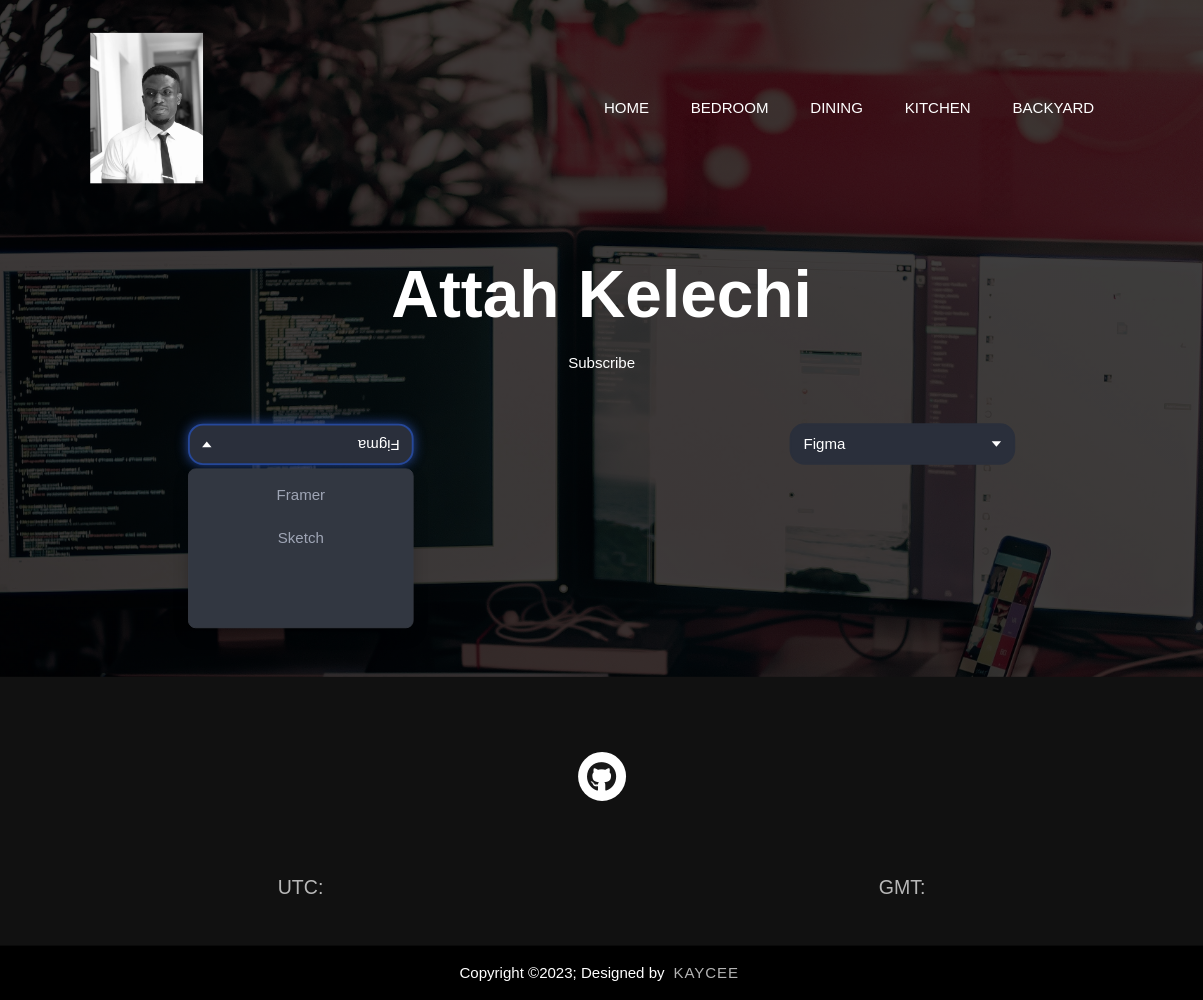
Repository: Kaycee-attah/HNG-Internship_2023
Page: index.html
An editor plug-in stored every save of this project. The page is shown before and after the next save, followed by the edit.
The browser window is 1280 px wide. The pictures show the whole page, at 94% of full size.
After loading, the first visible `div.select` was clicked once.

Above is the page before, as saved 2023-09-07 10:41:36.

### index.html
<!DOCTYPE html>
<html lang="en">
<head>
    <meta charset="UTF-8">
    <meta name="viewport" content="width=device-width, initial-scale=1.0">
    <title>How to make a website - Easy tutorial</title>
    <link rel="stylesheet" href="style.css">
    <link rel="stylesheet" href="https://cdnjs.cloudflare.com/ajax/libs/font-awesome/6.4.2/css/all.min.css" integrity="sha512-z3gLpd7yknf1YoNbCzqRKc4qyor8gaKU1qmn+CShxbuBusANI9QpRohGBreCFkKxLhei6S9CQXFEbbKuqLg0DA==" crossorigin="anonymous" referrerpolicy="no-referrer" />
</head>
<body>
    <div class="banner">
        <div class="navbar">
            <img class="logo" src="slack_DP.JPG" alt="Kaycee" data-testid="slackDisplayImage">
            <ul>
                <li><a href="#">Home</a></li>
                <li><a href="#">Bedroom</a></li>
                <li><a href="#">Dining</a></li>
                <li><a href="#">Kitchen</a></li>
                <li><a href="#">Backyard</a></li>
            </ul>
        </div>
    </div>
    <div class="content">
        <h1 data-testid="slackUserName">Attah Kelechi</h1>
        <p>Subscribe</p>
        <div class="track_info">
            <div class="dropdown">
                <div class="select">
                    <span class="selected">Figma</span>
                    <div class="caret"></div>
                </div>
                <ul class="menu">
                    <li>Framer </li>
                    <li>Sketch </li>
                </ul>

                <!-- <button type="button"><span class="btn"></span> MORE</button>
                <button type="button"><span class="btn"></span>SUBSCRIBE</button> -->
            </div>
            <div class="dropdown">
                <div class="select">
                    <span class="selected">Figma</span>
                    <div class="caret"></div>
                </div>
                <ul class="menu">
                    <li>Framer </li>
                    <li>Sketch </li>
                </ul>

                <!-- <button type="button"><span class="btn"></span> MORE</button>
                <button type="button"><span class="btn"></span>SUBSCRIBE</button> -->
            </div>
        </div>


    </div>
    <footer>
        <div class="footer_Container">
            <div class="social-icon">
                <a href=""><i class="fa-brands fa-github"></i></a>
            </div>

        </div>
        <div class="footer_Info">
            <ul>
                <li>UTC: </li>
                <li>GMT: </li>
            </ul>
        </div>
        <div class="footer_Bottom">
            <p>Copyright &copy;2023; Designed by <span class="designer">Kaycee</span></p>
        </div>
    </footer>

    <script src="script.js"></script>
</body>

</html>

### style.css
*{
    margin: 0;
    padding: 0;
    font-family: sans-serif;

}
body{
    background-image: linear-gradient(rgba(0,0,0,0.75), rgba(0,0,0,0.75)), url(IMG_6759.JPG);
    background-size: cover;
    background-position: center;
}

.banner{
    width: 100%;
    height: 100vh;


}
.navbar{
    width: 85%;
    margin: auto;
    padding: 35px 0;
    display: flex;
    align-items: center;
    justify-content: space-between;
}
.logo{
    width: 120px;
    cursor: pointer;
}
.navbar ul li{
    list-style: none;
    display: inline-block;
    margin: 0 20px;
    position: relative;
}
.navbar ul li a{
    text-decoration: none;
    color: #fff;
    text-transform: uppercase;
}
.navbar ul li::after{
    content: "";
    height: 3px;
    width: 0;
    background: #009688;
    position: absolute;
    left: 0;
    bottom: -10px;
    transition: 0.5s;
}
.navbar ul li:hover::after{
    width: 100%;
}
.content{
    width: 100%;
    position: absolute;
    top: 50%;
    transform: translateY(-50%);
    text-align: center;
    color: #fff;
}
.content h1{
    font-size: 70px;
    margin-top: 80px;
}
.content p{
    margin: 20px auto;
    font-weight: 100;
    line-height: 25px;
}
.track_info {
    display: flex;
    justify-content: space-around;
    align-items: center;
}
.dropdown{
    min-width: 15em;
    position: relative;
    margin: 2em;
    /* display: flex;
    justify-content: space-between;
    align-items: center; */

}
.dropdown *{
    box-sizing: border-box;
}

.select{
    background: #2a2f3b;
    color: #fff;
    display: flex;
    justify-content: space-between;
    align-items: center;
    border: 2px #2a2f3b solid;
    border-radius: 1em;
    cursor: pointer;
    transition: background 0.3s;
    padding: 0.7em 0.8em;
}
.select-clicked{
    border: 2px #26489a solid;
    box-shadow: 0 0 0.8em #26489a;
}

.select:hover{
    background: #323741;
}

.caret{
    width: 0;
    height: 0;
    border-left: 5px solid transparent;
    border-right: 5px solid transparent;
    border-top: 6px solid #fff;
    transition: 0.3s;
}

.caret-rotate{
    transform: rotate(180deg);
}

.menu{
    list-style: none;
    padding: 0.2em 0.5em;
    background: #323741;
    border: 1px #363a43 solid;
    box-shadow: 0 0.5em 1em rgba(0, 0, 0, 0.2);
    border-radius: 0.5em;
    color: #9fa5b5;
    position: absolute;
    width: 100%;
    top: 3em;
    min-height: 170px;
    left: 50%;
    transform: translateX(-50%);
    opacity: 0;
    display: none;
    transition: 0.2s;
    z-index: 1;
}

.menu li{
    padding: 0.7em 0.5em;
    margin: 0.3em 0;
    border-radius: 0.5em;
}

.menu li:hover{
    background: #2a2d35;
}

.menu-open{
    display: block;
    opacity: 1;
}


button{
    width: 200px;
    padding: 15px 0;
    text-align: center;
    margin: 20px 10px;
    border-radius: 25px;
    font-weight: bold;
    border: 2px solid #009688;
    background: transparent;
    color: #fff;
    cursor: pointer;
    position: relative;
    overflow: hidden;
}
.btn{
    background: #009688;
    height: 100%;
    width: 0;
    border-radius: 25px;
    position: absolute;
    left: 0;
    bottom: 0;
    z-index: -1;
    transition: 0.5s;
}
button:hover span{
    width: 100%;
}
footer{
    background-color: #111;
    width: 100%;
}
.footer_Container{
    /* width: 100%; */
    padding: 70px 30px 20px;
}
.social-icon{
    display: flex;
    justify-content: center;
}
.social-icon a{
    text-decoration: none;
    padding: 10px;
    background-color: white;
    margin: 10px;
    border-radius: 50%;
}
.social-icon a i{
    font-size: 2em;
    color: black;
    opacity: 0.9;
}


.social-icon a:hover{
    background-color: #111;
    transition: 0.5s;
}
.social-icon a:hover i{
    background-color: white;
    transition: 0.5s;
}
.footer_Info{
    margin: 30px 0;
}
.footer_Info ul{
    display: flex;
    justify-content: space-around;
}
.footer_Info ul li{
    color: white;
    margin: 20px;
    text-decoration: none;
    list-style: none;
    font-size: 1.3em;
    opacity: 0.7;
    transition: 0.5s;
}

.footer_Bottom {
    background-color: #000;
    padding: 20px;
    text-align: center;
}
.footer_Bottom p{
    color: white;

}
.designer{
    opacity: 0.7;
    text-transform: uppercase;
    letter-spacing: 1px;
    font-weight: 400;
    margin: 0px 5px;
    /* position: fixed; */
}

@media (max-width: 700px){
    .footer_Info ul{
        flex-direction: column;
    }
    .footer_Info ul li{
        width: 100%;
        text-align: center;
        margin: 10px 0;
    }
}

### script.js
const now = new Date();
const day = now.getDay();
const hours = now.getHours();
const minutes = now.getMinutes();
const UTCtimeStamp = now.getTime();
const GMTdate_and_time = now.toUTCString();
const daysOfWeek = [
    "Sunday",
    "Monday",
    "Tuesday",
    "Wednesday",
    "Thursday",
    "Friday",
    "Saturday"
]
const today = daysOfWeek[day];
const UTC = now.getUTCMilliseconds();
console.log("Current day of the week:", today)
console.log("UTC:", UTC)

console.log("UTCtimeStamp:", UTCtimeStamp)
console.log("GMTdate_and_time:", GMTdate_and_time)

const dropdowns = document.querySelectorAll('.dropdown');

dropdowns.forEach(dropdown => {
    const select = dropdown.querySelector('.select');
    const caret = dropdown.querySelector('.caret');
    const menu = dropdown.querySelector('.menu');
    const options = dropdown.querySelector('.menu li');
    const selected = dropdown.querySelector('.selected');


    select.addEventListener('click', () => {
        select.classList.toggle('select-clicked');
        select.classList.toggle('caret-rotate');
        menu.classList.toggle('menu-open');
    })

    // options.forEach(option => {
    //     option.addEventListener('click', () => {
    //         // select.classList.toggle('select-clicked');
    //         select.classList.remove('select-clicked')
    //         caret.classList.remove('caret-rotate');
    //         menu.classList.remove('menu-open');


    //     })
    // })
})

After the next save:
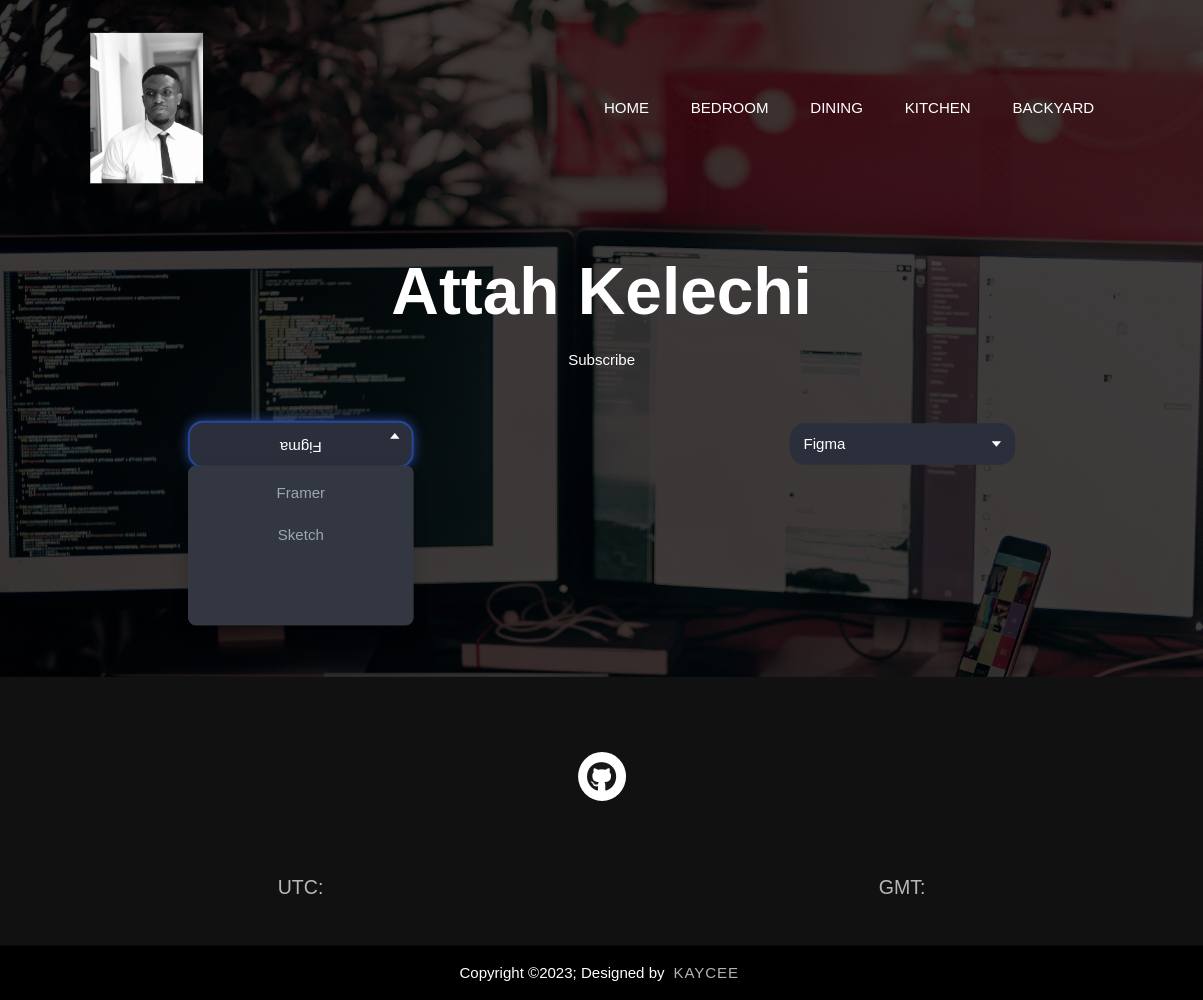
Saved 54 s later.
--- a/script.js
+++ b/script.js
@@ -34,6 +34,7 @@
     select.addEventListener('click', () => {
         select.classList.toggle('select-clicked');
         select.classList.toggle('caret-rotate');
+        select.classList.toggle('menu-open');
         menu.classList.toggle('menu-open');
     })
 

After the 2 saves that followed:
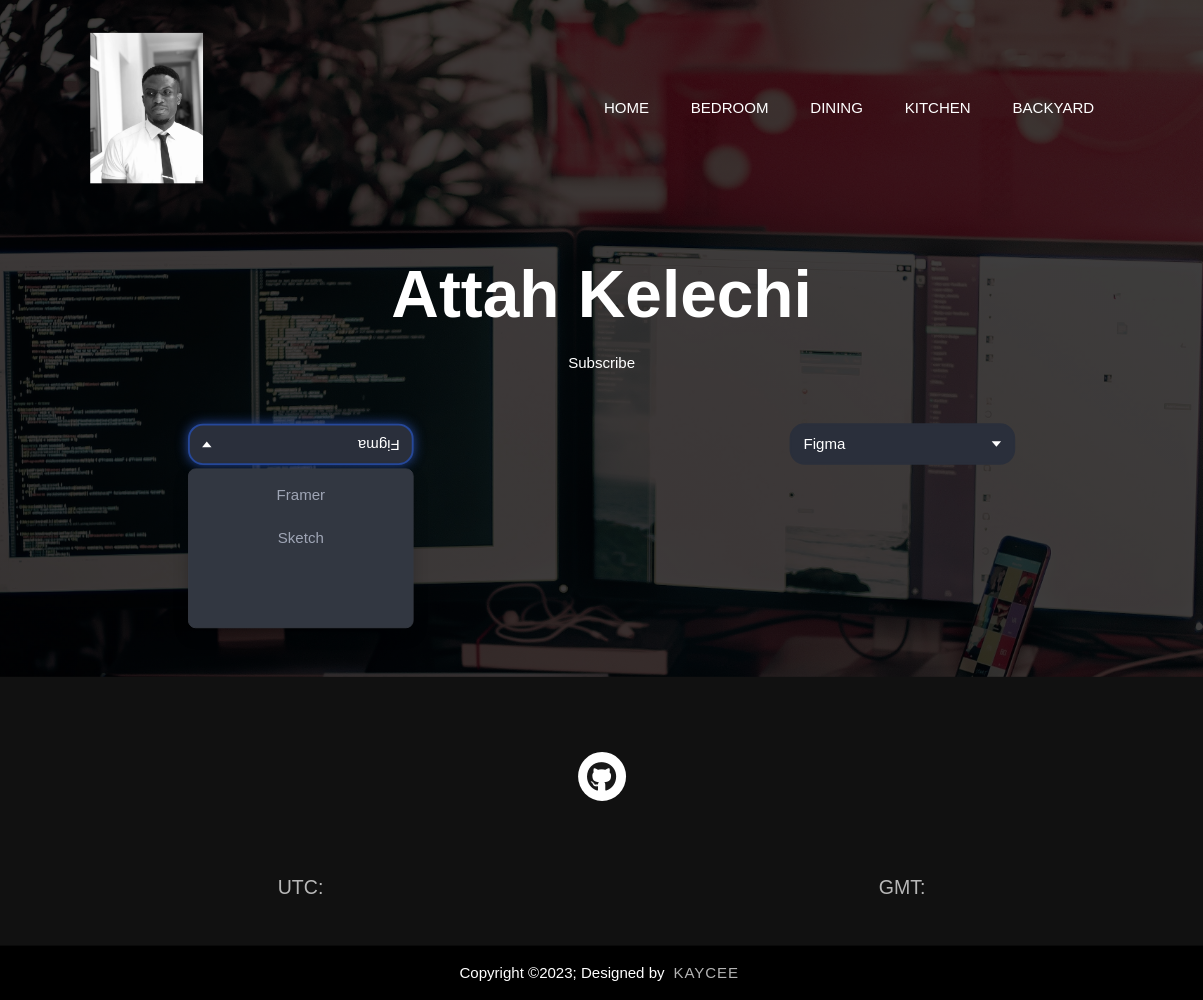
The 2 saves are shown as one change because 1 left the picture as it was.
The last was saved 2 min 43 s later.
--- a/style.css
+++ b/style.css
@@ -102,6 +102,8 @@ body{
 .select-clicked{
     border: 2px #26489a solid;
     box-shadow: 0 0 0.8em #26489a;
+    display: flex;
+    justify-content: space-between;
 }
 
 .select:hover{
--- a/script.js
+++ b/script.js
@@ -34,7 +34,7 @@
     select.addEventListener('click', () => {
         select.classList.toggle('select-clicked');
         select.classList.toggle('caret-rotate');
-        select.classList.toggle('menu-open');
+        // select.classList.toggle('menu-open');
         menu.classList.toggle('menu-open');
     })
 
